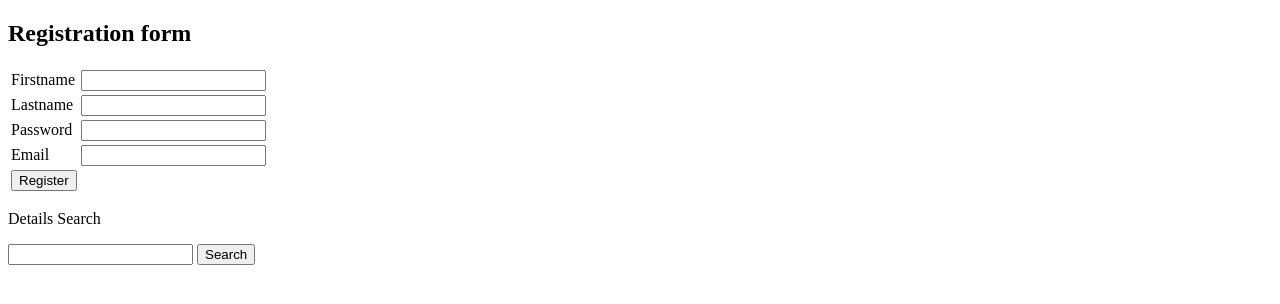
Repository: rupaponnuru/Kirana-hub
Page: kirana-hub/client/Client_kirana/register.html
An editor plug-in stored every save of this project. The page is shown before and after the next save, followed by the edit.
The browser window is 1280 px wide. The pictures show the whole page.
Some web libraries are served in a nearby version.

Above is the page before, as saved 2015-04-10 15:11:53.

### kirana-hub/client/Client_kirana/register.html
<!DOCTYPE html>
<html>
<head>
<meta content="text/html;charset=utf-8" http-equiv="Content-Type">
<meta content="utf-8" http-equiv="encoding">
  <title> Register </title>

<script src="https://ajax.googleapis.com/ajax/libs/jquery/2.1.3/jquery.min.js"></script>
<script src="register.js"></script>


</head>
<body>
 <h2> Registration form </h2>

      <table>
         <tr> <td> Firstname </td>
              <td> <input type="text" id="fname"> </td>
         </tr>
        <tr> <td> Lastname </td>
              <td> <input type="text" id="lname"> </td>
       </tr>
         <tr> <td> Password </td>
              <td> <input type="password" id="pwd"> </td>
         </tr>
         <tr> <td> Email </td>
              <td> <input type="email" id="email"> </td>
         </tr>
        <!-- <tr> <td> <input type="submit" value="Register" id="submit"> </td> </tr> -->
        <tr> <td> <button id="action"> Register </button> </td> </tr>



      </table>
     </form>
     <p> Details Search </p>
     <input type="text" id="ser">
     <button id="search"> Search </div>
</body>
</html>

### kirana-hub/client/Client_kirana/register.js
$(function()
{
   var $fname = $('#fname');
   var $lname = $('#lname');
   var $pwd = $('#pwd');
   var $email = $('#email');
  $('#action').on('click',function(){

     var user = {
                  "Firstname" : $fname.val(),
                  "Lastname" : $lname.val(),
                  "Password" : $pwd.val(),
                  "Email": $email.val()
                };
          $.ajax({
          type: 'POST',
          url: 'http://localhost:3000/collectionapi/user_details' ,
          data: JSON.stringify(user),
          success: function(newData){
               alert("success");
               },
          error: function(XMLHttpRequest, textStatus, errorThrown) {alert(XMLHttpRequest); alert(textStatus) ; console.log(errorThrown) ; },
         });
  });
});

After the next save:
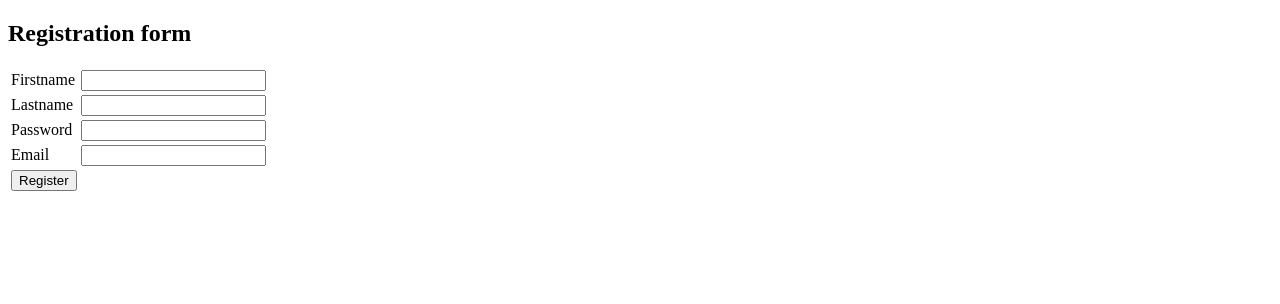
Saved 61 s later.
--- a/kirana-hub/client/Client_kirana/register.html
+++ b/kirana-hub/client/Client_kirana/register.html
@@ -33,8 +33,5 @@
 
       </table>
      </form>
-     <p> Details Search </p>
-     <input type="text" id="ser">
-     <button id="search"> Search </div>
-</body>
+     </body>
 </html>
